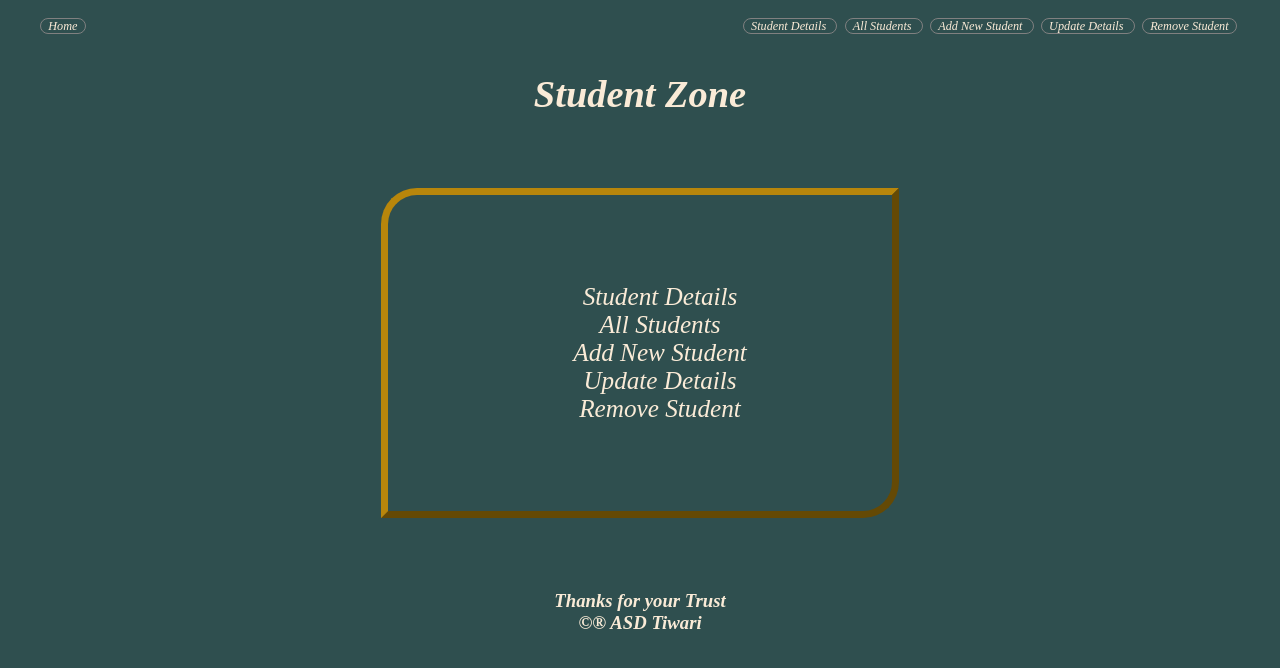
Repository: asdtiwari/Practice
Page: http://localhost/index
These files come from the project's save history. The page is drawn as it stood at one moment and after the next save; the edit follows.
The browser window is 1280 px wide. The pictures show the whole page.
The page is this project's Thymeleaf template; nobody is signed in. The template is opened directly, without the code that normally fills it, so the values that code supplies are empty.

Above is the page before, as saved 2023-11-17 12:18:03.

After the next save:
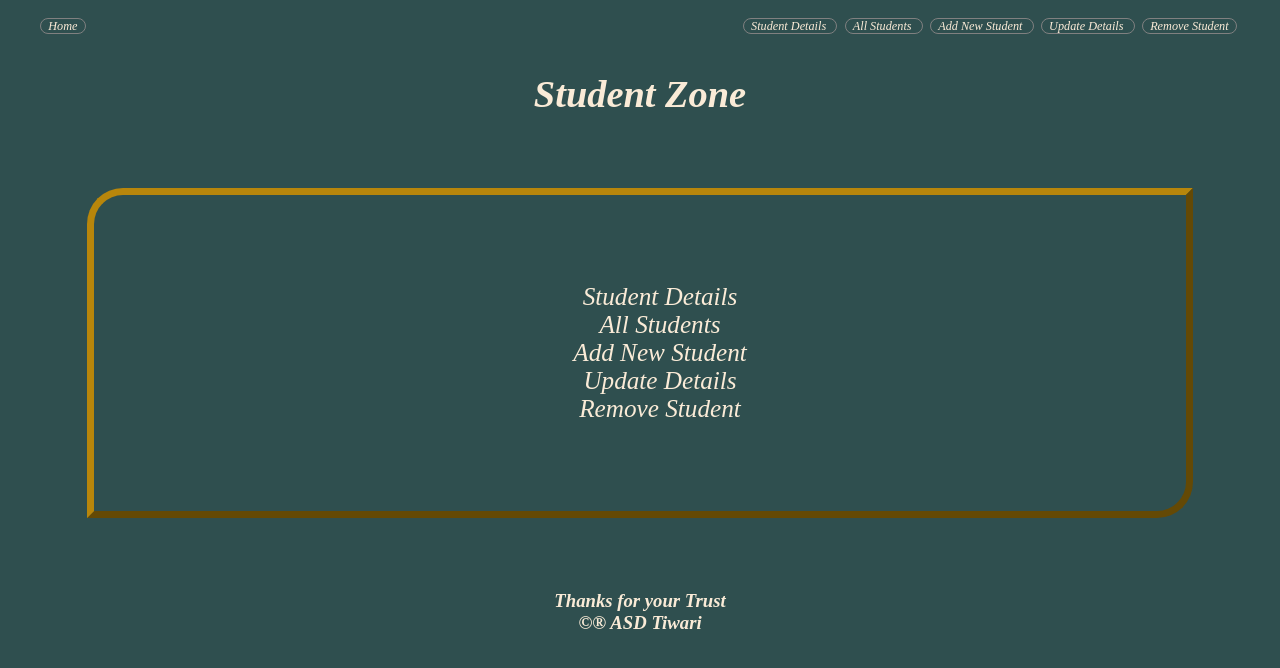
Saved 26 s later.
--- a/DiwaliProjectSTS/studentZone/src/main/resources/templates/index.html
+++ b/DiwaliProjectSTS/studentZone/src/main/resources/templates/index.html
@@ -66,7 +66,7 @@
                 border: outset 1vh darkgoldenrod;
                 border-top-left-radius: 5vh;
                 border-bottom-right-radius: 5vh;
-                width: 50vh;
+                width: 75%;
                 margin-top: 10vh;
                 margin-bottom: 10vh;
                 padding: 10vh;
